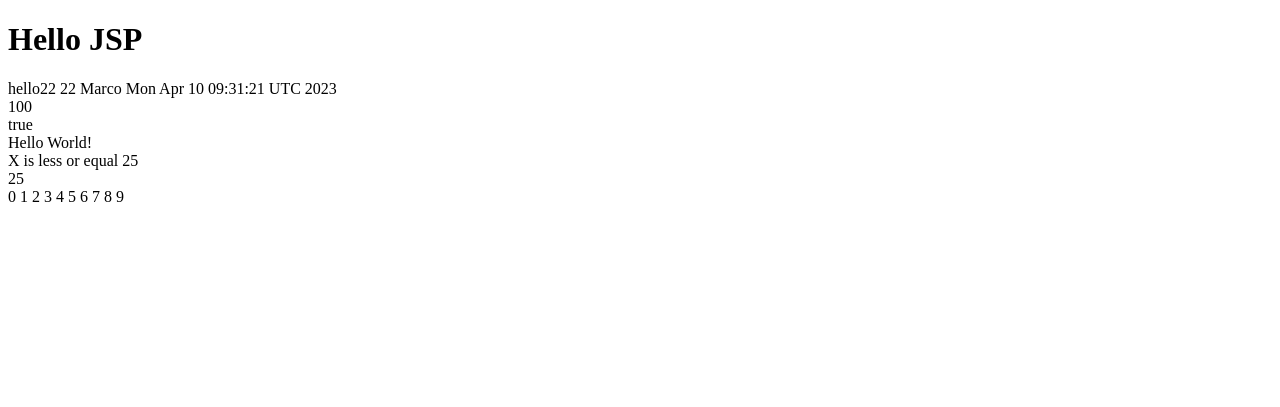
Repository: marcoscheuerer/Java_Enterprise
Page: http://localhost/S01L05_Hello_JSP/HelloJSP.jsp
These files come from the project's save history. The page is drawn as it stood at one moment and after the next save; the edit follows.
The browser window is 1280 px wide. The pictures show the whole page.
The page is served by Tomcat 9.

Above is the page before, as saved 2023-04-10 10:09:17.

After the next save:
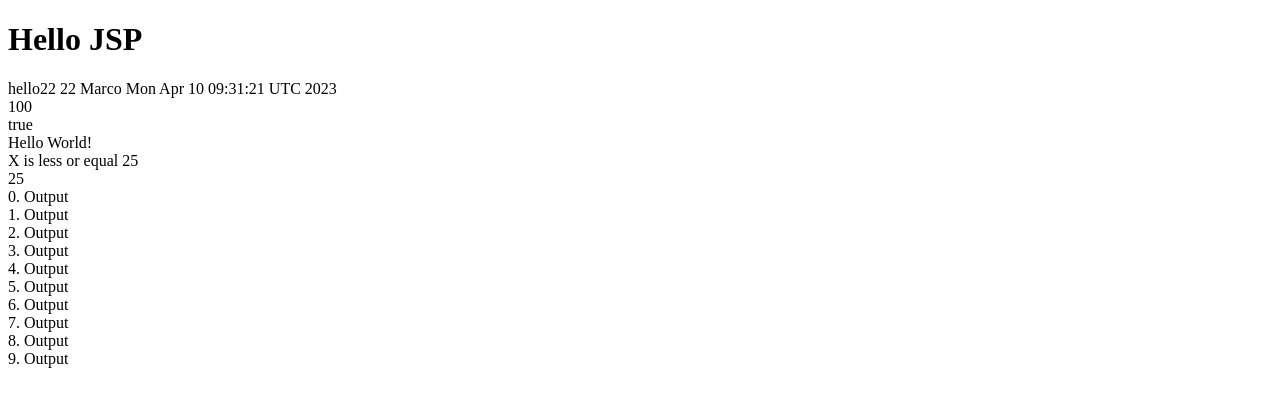
Saved 31 s later.
--- a/S01L05_Hello_JSP/src/main/webapp/HelloJSP.jsp
+++ b/S01L05_Hello_JSP/src/main/webapp/HelloJSP.jsp
@@ -34,7 +34,7 @@ if (x > 25) {
 <br />
 <%
 for (int i = 0; i < 10; i++)
-	out.println(i + " ");
+	out.println(i + ". Output<br/>");
 %>
 
 </body>
